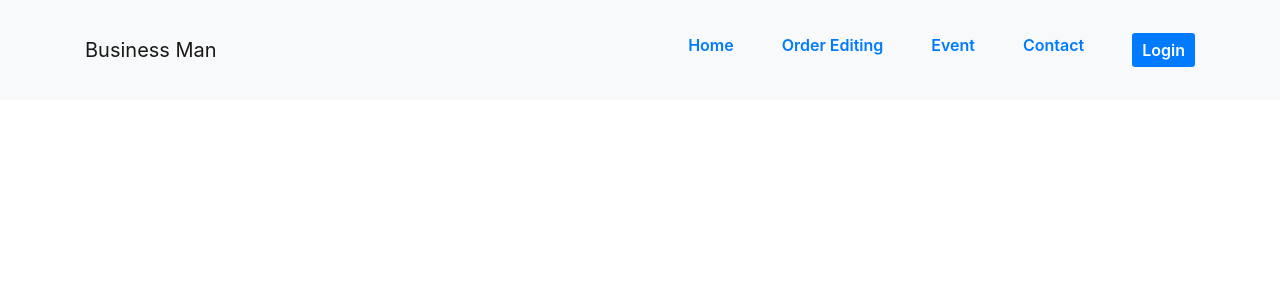
Repository: mdtahsinamin/internship-task
Page: /
These files come from the project's save history. The page is drawn as it stood at one moment and after the next save; the edit follows.
The browser window is 1280 px wide. The pictures show the whole page.
The project was rebuilt for these pictures with package versions that can differ from the ones it lists, and the page was loaded fresh each time. Also part of the build but not shown: src/App.css, src/Components/Style/SignIn.css, src/Components/Authentication/SignIn.js, src/Components/NotFound/NotFound.js.

Above is the page before, as saved 2020-12-24 18:38:33.

After the next save:
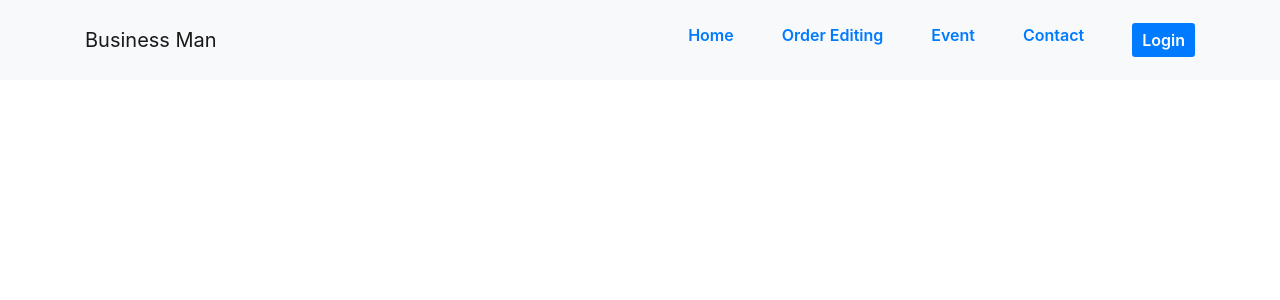
Saved 6 s later.
--- a/src/Components/Style/Navigation.css
+++ b/src/Components/Style/Navigation.css
@@ -16,5 +16,5 @@
 		margin-left: 8px;
 }
 .navbar{
-    height:100px;
+    height:80px;
 }
